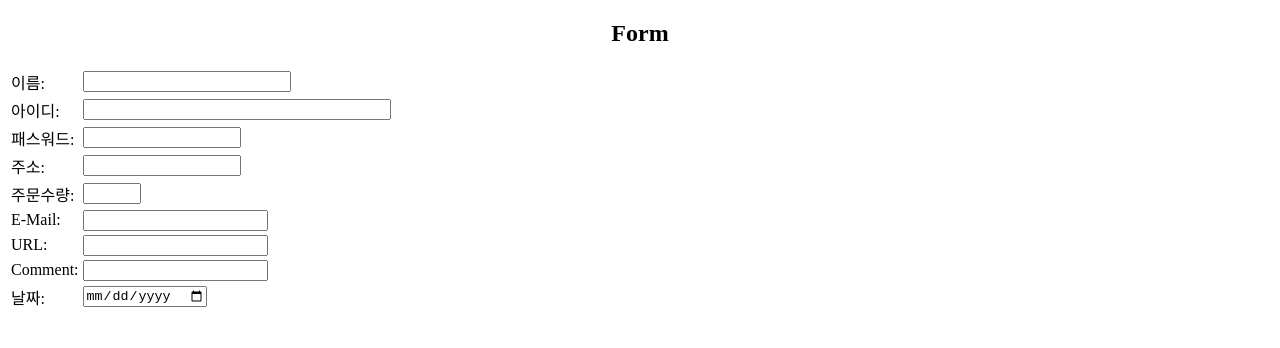
Repository: gyujin91/JSP
Page: web01/src/main/webapp/form.html
The author's editor kept a copy of each file at every save. The page is drawn from the files as they stood at one save, then again after the next save.
The browser window is 1280 px wide. The pictures show the whole page.

Above is the page before, as saved 2022-04-22 05:19:33.

After the next save:
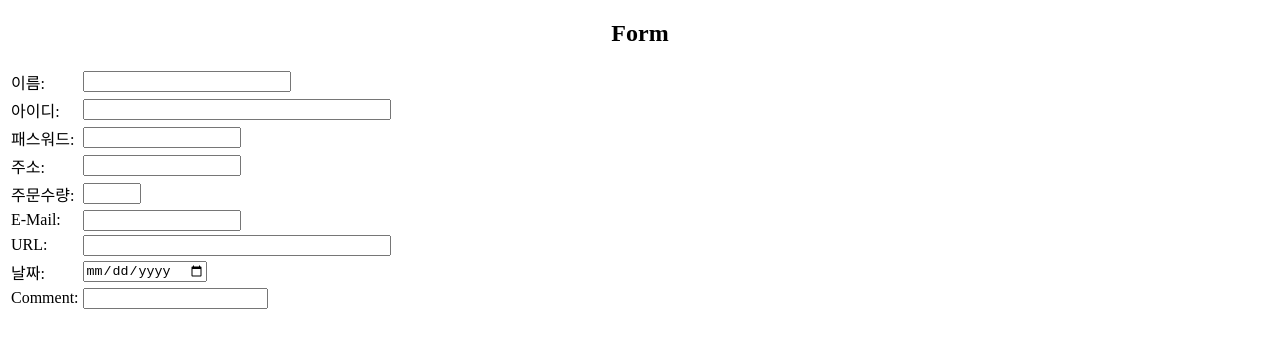
Saved 70 s later.
--- a/web01/src/main/webapp/form.html
+++ b/web01/src/main/webapp/form.html
@@ -10,6 +10,8 @@
 .input3{width:150px;}
 .input4{width:150px;}
 .input5{width:50px;}
+.input6{width:150px;}
+.input7{width:300px;}
 </style>
 
 <title>Form Sample</title>
@@ -47,13 +49,14 @@
             	<td><input type="url" name="url" class="input7"></td>
             </tr>
             <tr>
+            	<td>날짜:
+            	<td><input type="date" name="date" class="input9"></td>
+            </tr>
+            <tr>
             	<td>Comment:
             	<td><input type="text" name="comment" class="input8"></td>
             </tr>
-            <tr>
-            	<td>날짜:
-            	<td><input type="date" name="date" class="input9"></td>
-            </tr>
+
 
 
         </table>
